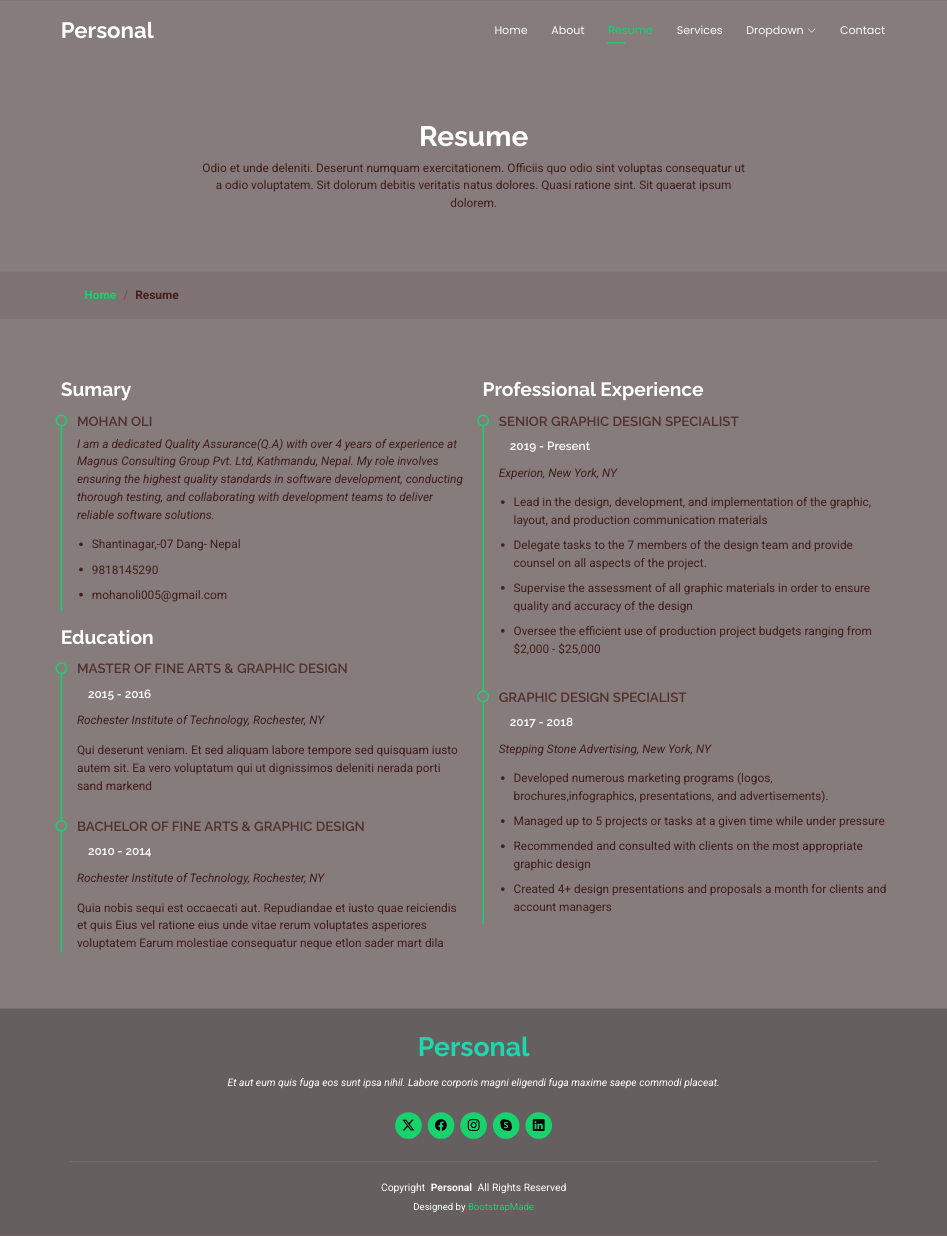
Repository: Mohanoli/mohan-git
Page: resume.html
The author's editor kept a copy of each file at every save. The page is drawn from the files as they stood at one save, then again after the next save.
The browser window is 1280 px wide. The pictures show the whole page, at 74% of full size.

Above is the page before, as saved 2024-08-11 11:00:17.

### resume.html
<!DOCTYPE html>
<html lang="en">

<head>
  <meta charset="utf-8">
  <meta content="width=device-width, initial-scale=1.0" name="viewport">
  <title>Resume - Personal Bootstrap Template</title>
  <meta name="description" content="">
  <meta name="keywords" content="">

  <!-- Favicons -->
  <link href="assets/img/favicon.png" rel="icon">
  <link href="assets/img/apple-touch-icon.png" rel="apple-touch-icon">

  <!-- Fonts -->
  <link href="https://fonts.googleapis.com" rel="preconnect">
  <link href="https://fonts.gstatic.com" rel="preconnect" crossorigin>
  <link href="https://fonts.googleapis.com/css2?family=Roboto:ital,wght@0,100;0,300;0,400;0,500;0,700;0,900;1,100;1,300;1,400;1,500;1,700;1,900&family=Poppins:ital,wght@0,100;0,200;0,300;0,400;0,500;0,600;0,700;0,800;0,900;1,100;1,200;1,300;1,400;1,500;1,600;1,700;1,800;1,900&family=Raleway:ital,wght@0,100;0,200;0,300;0,400;0,500;0,600;0,700;0,800;0,900;1,100;1,200;1,300;1,400;1,500;1,600;1,700;1,800;1,900&display=swap" rel="stylesheet">

  <!-- Vendor CSS Files -->
  <link href="assets/vendor/bootstrap/css/bootstrap.min.css" rel="stylesheet">
  <link href="assets/vendor/bootstrap-icons/bootstrap-icons.css" rel="stylesheet">
  <link href="assets/vendor/aos/aos.css" rel="stylesheet">
  <link href="assets/vendor/swiper/swiper-bundle.min.css" rel="stylesheet">
  <link href="assets/vendor/glightbox/css/glightbox.min.css" rel="stylesheet">

  <!-- Main CSS File -->
  <link href="assets/css/main.css" rel="stylesheet">

  <!-- =======================================================
  * Template Name: Personal
  * Template URL: https://bootstrapmade.com/personal-free-resume-bootstrap-template/
  * Updated: Aug 07 2024 with Bootstrap v5.3.3
  * Author: BootstrapMade.com
  * License: https://bootstrapmade.com/license/
  ======================================================== -->
</head>

<body class="resume-page">

  <header id="header" class="header d-flex align-items-center fixed-top">
    <div class="container-fluid container-xl position-relative d-flex align-items-center justify-content-between">

      <a href="index.html" class="logo d-flex align-items-center">
        <!-- Uncomment the line below if you also wish to use an image logo -->
        <!-- <img src="assets/img/logo.png" alt=""> -->
        <h1 class="sitename">Personal</h1>
      </a>

      <nav id="navmenu" class="navmenu">
        <ul>
          <li><a href="index.html">Home</a></li>
          <li><a href="about.html">About</a></li>
          <li><a href="resume.html" class="active">Resume</a></li>
          <li><a href="services.html">Services</a></li>

          <li class="dropdown"><a href="#"><span>Dropdown</span> <i class="bi bi-chevron-down toggle-dropdown"></i></a>
            <ul>
              <li><a href="#">Dropdown 1</a></li>
              <li class="dropdown"><a href="#"><span>Deep Dropdown</span> <i class="bi bi-chevron-down toggle-dropdown"></i></a>
                <ul>
                  <li><a href="#">Deep Dropdown 1</a></li>
                  <li><a href="#">Deep Dropdown 2</a></li>
                  <li><a href="#">Deep Dropdown 3</a></li>
                  <li><a href="#">Deep Dropdown 4</a></li>
                  <li><a href="#">Deep Dropdown 5</a></li>
                </ul>
              </li>
              <li><a href="#">Dropdown 2</a></li>
              <li><a href="#">Dropdown 3</a></li>
              <li><a href="#">Dropdown 4</a></li>
            </ul>
          </li>
          <li><a href="contact.html">Contact</a></li>
        </ul>
        <i class="mobile-nav-toggle d-xl-none bi bi-list"></i>
      </nav>

    </div>
  </header>

  <main class="main">

    <!-- Page Title -->
    <div class="page-title" data-aos="fade">
      <div class="heading">
        <div class="container">
          <div class="row d-flex justify-content-center text-center">
            <div class="col-lg-8">
              <h1>Resume</h1>
              <p class="mb-0">Odio et unde deleniti. Deserunt numquam exercitationem. Officiis quo odio sint voluptas consequatur ut a odio voluptatem. Sit dolorum debitis veritatis natus dolores. Quasi ratione sint. Sit quaerat ipsum dolorem.</p>
            </div>
          </div>
        </div>
      </div>
      <nav class="breadcrumbs">
        <div class="container">
          <ol>
            <li><a href="index.html">Home</a></li>
            <li class="current">Resume</li>
          </ol>
        </div>
      </nav>
    </div><!-- End Page Title -->

    <!-- Resume Section -->
    <section id="resume" class="resume section">

      <div class="container">

        <div class="row">

          <div class="col-lg-6" data-aos="fade-up" data-aos-delay="10">
            <h3 class="resume-title">Sumary</h3>

            <div class="resume-item pb-0">
              <h4>Mohan Oli</h4>
              <p><em>I am a dedicated Quality Assurance(Q.A) with over 4 years of experience at Magnus Consulting Group Pvt. Ltd, Kathmandu, Nepal. My role involves ensuring the highest quality standards in software development, conducting thorough testing, and collaborating with development teams to deliver reliable software solutions.</em></p>
              <ul>
                <li>Shantinagar,-07 Dang- Nepal</li>
                <li>9818145290</li>
                <li>mohanoli005@gmail.com</li>
              </ul>
            </div><!-- Edn Resume Item -->

            <h3 class="resume-title">Education</h3>
            <div class="resume-item">
              <h4>Master of Fine Arts &amp; Graphic Design</h4>
              <h5>2015 - 2016</h5>
              <p><em>Rochester Institute of Technology, Rochester, NY</em></p>
              <p>Qui deserunt veniam. Et sed aliquam labore tempore sed quisquam iusto autem sit. Ea vero voluptatum qui ut dignissimos deleniti nerada porti sand markend</p>
            </div><!-- Edn Resume Item -->

            <div class="resume-item">
              <h4>Bachelor of Fine Arts &amp; Graphic Design</h4>
              <h5>2010 - 2014</h5>
              <p><em>Rochester Institute of Technology, Rochester, NY</em></p>
              <p>Quia nobis sequi est occaecati aut. Repudiandae et iusto quae reiciendis et quis Eius vel ratione eius unde vitae rerum voluptates asperiores voluptatem Earum molestiae consequatur neque etlon sader mart dila</p>
            </div><!-- Edn Resume Item -->

          </div>

          <div class="col-lg-6" data-aos="fade-up" data-aos-delay="200">
            <h3 class="resume-title">Professional Experience</h3>
            <div class="resume-item">
              <h4>Senior graphic design specialist</h4>
              <h5>2019 - Present</h5>
              <p><em>Experion, New York, NY </em></p>
              <ul>
                <li>Lead in the design, development, and implementation of the graphic, layout, and production communication materials</li>
                <li>Delegate tasks to the 7 members of the design team and provide counsel on all aspects of the project. </li>
                <li>Supervise the assessment of all graphic materials in order to ensure quality and accuracy of the design</li>
                <li>Oversee the efficient use of production project budgets ranging from $2,000 - $25,000</li>
              </ul>
            </div><!-- Edn Resume Item -->

            <div class="resume-item">
              <h4>Graphic design specialist</h4>
              <h5>2017 - 2018</h5>
              <p><em>Stepping Stone Advertising, New York, NY</em></p>
              <ul>
                <li>Developed numerous marketing programs (logos, brochures,infographics, presentations, and advertisements).</li>
                <li>Managed up to 5 projects or tasks at a given time while under pressure</li>
                <li>Recommended and consulted with clients on the most appropriate graphic design</li>
                <li>Created 4+ design presentations and proposals a month for clients and account managers</li>
              </ul>
            </div><!-- Edn Resume Item -->

          </div>

        </div>

      </div>

    </section><!-- /Resume Section -->

  </main>

  <footer id="footer" class="footer dark-background">
    <div class="container">
      <h3 class="sitename">Personal</h3>
      <p>Et aut eum quis fuga eos sunt ipsa nihil. Labore corporis magni eligendi fuga maxime saepe commodi placeat.</p>
      <div class="social-links d-flex justify-content-center">
        <a href=""><i class="bi bi-twitter-x"></i></a>
        <a href=""><i class="bi bi-facebook"></i></a>
        <a href=""><i class="bi bi-instagram"></i></a>
        <a href=""><i class="bi bi-skype"></i></a>
        <a href=""><i class="bi bi-linkedin"></i></a>
      </div>
      <div class="container">
        <div class="copyright">
          <span>Copyright</span> <strong class="px-1 sitename">Personal</strong> <span>All Rights Reserved</span>
        </div>
        <div class="credits">
          <!-- All the links in the footer should remain intact. -->
          <!-- You can delete the links only if you've purchased the pro version. -->
          <!-- Licensing information: https://bootstrapmade.com/license/ -->
          <!-- Purchase the pro version with working PHP/AJAX contact form: [buy-url] -->
          Designed by <a href="https://bootstrapmade.com/">BootstrapMade</a>
        </div>
      </div>
    </div>
  </footer>

  <!-- Scroll Top -->
  <a href="#" id="scroll-top" class="scroll-top d-flex align-items-center justify-content-center"><i class="bi bi-arrow-up-short"></i></a>

  <!-- Preloader -->
  <div id="preloader"></div>

  <!-- Vendor JS Files -->
  <script src="assets/vendor/bootstrap/js/bootstrap.bundle.min.js"></script>
  <script src="assets/vendor/php-email-form/validate.js"></script>
  <script src="assets/vendor/aos/aos.js"></script>
  <script src="assets/vendor/typed.js/typed.umd.js"></script>
  <script src="assets/vendor/purecounter/purecounter_vanilla.js"></script>
  <script src="assets/vendor/waypoints/noframework.waypoints.js"></script>
  <script src="assets/vendor/swiper/swiper-bundle.min.js"></script>
  <script src="assets/vendor/glightbox/js/glightbox.min.js"></script>
  <script src="assets/vendor/imagesloaded/imagesloaded.pkgd.min.js"></script>
  <script src="assets/vendor/isotope-layout/isotope.pkgd.min.js"></script>

  <!-- Main JS File -->
  <script src="assets/js/main.js"></script>

</body>

</html>

Loaded but not shown: assets/vendor/bootstrap/css/bootstrap.min.css (library); assets/vendor/bootstrap-icons/bootstrap-icons.css (library); assets/vendor/aos/aos.css (library); assets/vendor/swiper/swiper-bundle.min.css (library); assets/vendor/glightbox/css/glightbox.min.css (library); assets/vendor/bootstrap/js/bootstrap.bundle.min.js (library); assets/vendor/php-email-form/validate.js (common file); assets/vendor/aos/aos.js (library); assets/vendor/typed.js/typed.umd.js (library); assets/vendor/purecounter/purecounter_vanilla.js (library); assets/vendor/waypoints/noframework.waypoints.js (library); assets/vendor/swiper/swiper-bundle.min.js (library); assets/vendor/glightbox/js/glightbox.min.js (library); assets/vendor/imagesloaded/imagesloaded.pkgd.min.js (library); assets/vendor/isotope-layout/isotope.pkgd.min.js (library); assets/js/main.js (202 lines, source omitted); assets/css/main.css (1476 lines, source omitted)

After the next save:
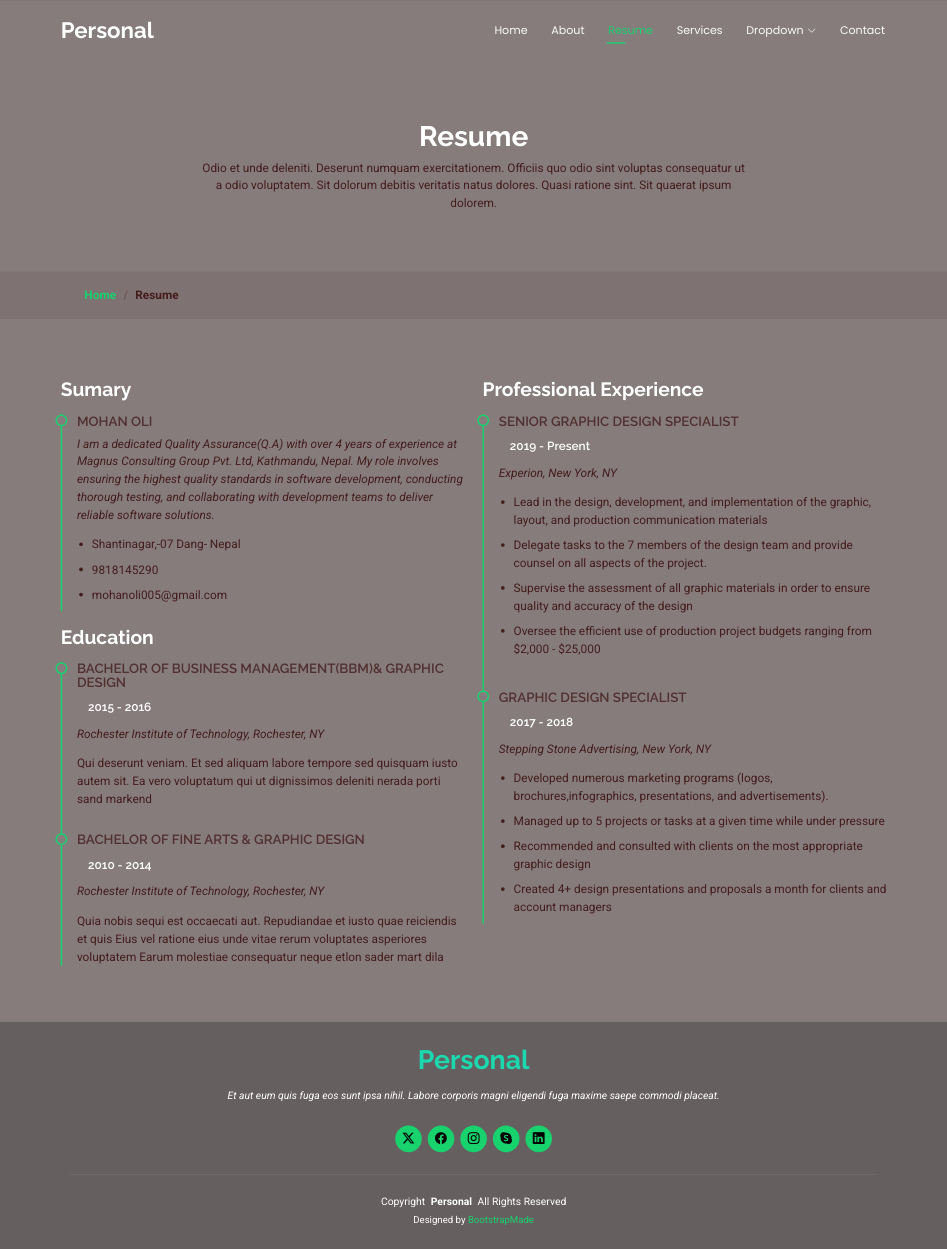
Saved 44 s later.
--- a/resume.html
+++ b/resume.html
@@ -125,7 +125,7 @@
 
             <h3 class="resume-title">Education</h3>
             <div class="resume-item">
-              <h4>Master of Fine Arts &amp; Graphic Design</h4>
+              <h4>Bachelor of Business Management(BBM)&amp; Graphic Design</h4>
               <h5>2015 - 2016</h5>
               <p><em>Rochester Institute of Technology, Rochester, NY</em></p>
               <p>Qui deserunt veniam. Et sed aliquam labore tempore sed quisquam iusto autem sit. Ea vero voluptatum qui ut dignissimos deleniti nerada porti sand markend</p>

After the save that followed:
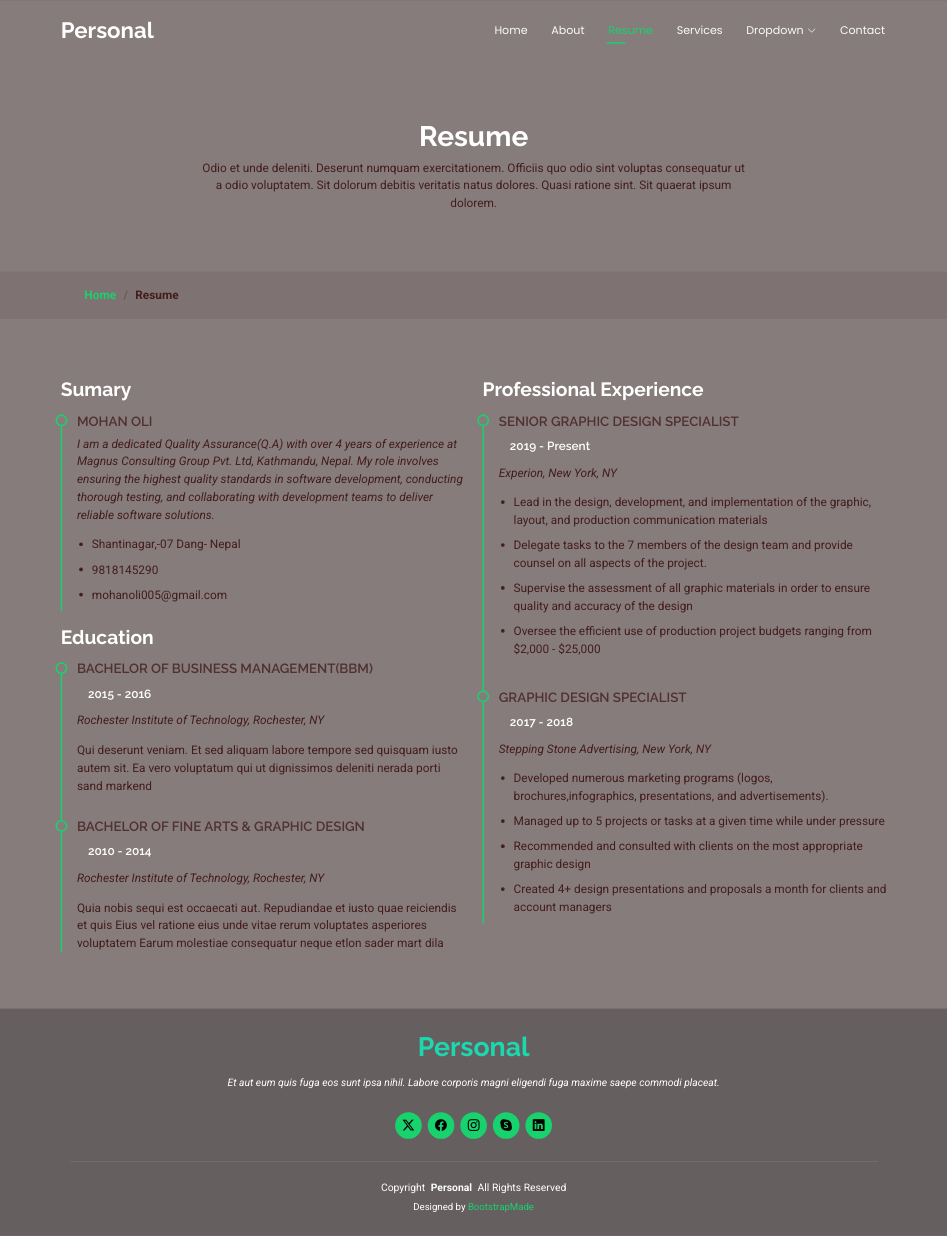
Saved 29 s later.
--- a/resume.html
+++ b/resume.html
@@ -125,7 +125,7 @@
 
             <h3 class="resume-title">Education</h3>
             <div class="resume-item">
-              <h4>Bachelor of Business Management(BBM)&amp; Graphic Design</h4>
+              <h4>Bachelor of Business Management(BBM)</h4>
               <h5>2015 - 2016</h5>
               <p><em>Rochester Institute of Technology, Rochester, NY</em></p>
               <p>Qui deserunt veniam. Et sed aliquam labore tempore sed quisquam iusto autem sit. Ea vero voluptatum qui ut dignissimos deleniti nerada porti sand markend</p>
